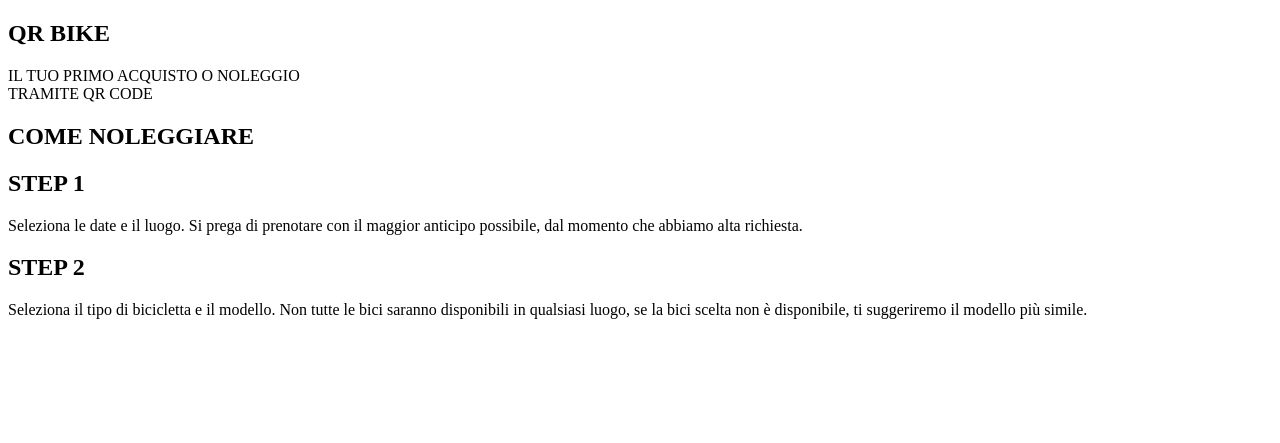
Repository: andrealepori/qrbike
Page: index.html
The author's editor kept a copy of each file at every save. The page is drawn from the files as they stood at one save, then again after the next save.
The browser window is 1280 px wide. The pictures show the whole page.

Above is the page before, as saved 2020-09-16 17:30:01.

After the next save:
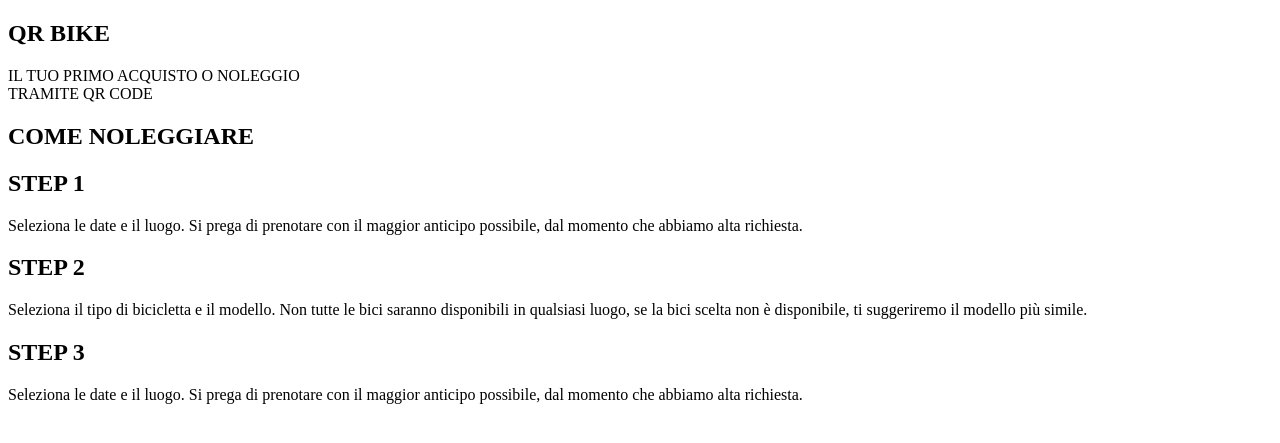
Saved 112 s later.
--- a/index.html
+++ b/index.html
@@ -80,6 +80,17 @@
     <div class="item-3">
 
 
+      <h1 class="titoli"><bold>STEP 3
+      </bold> </h1>
+
+
+      <p class="nero">
+        Seleziona le date e il luogo.
+        Si prega di prenotare con il maggior anticipo possibile,
+                dal momento che abbiamo alta richiesta.
+
+        </p>
+
 
     </div>
 
